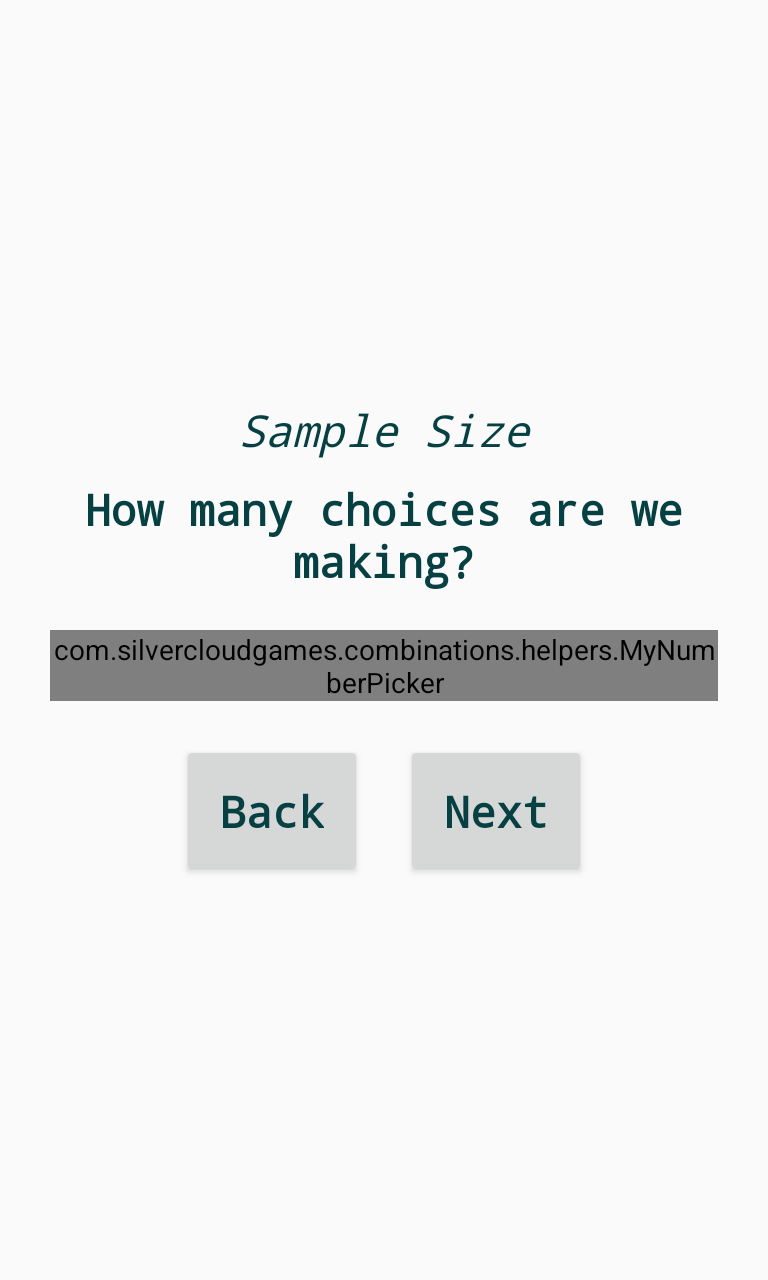
Repository: rontejada1991/Combinations-and-Permutations-Android-App
Layout: combinations/res/layout/activity_choice_size.xml
An editor plug-in stored every save of this project. The layout is shown before and after the next save, followed by the edit.
Pictures or frames that could not be fetched are drawn as grey boxes. It is drawn on a 768 x 1280 px phone screen (xhdpi) without system bars, with theme AppTheme; the app's code is not run.

Above is the layout before, as saved 2014-11-07 21:03:24.

### combinations/res/layout/activity_choice_size.xml
<LinearLayout xmlns:android="http://schemas.android.com/apk/res/android"
    xmlns:tools="http://schemas.android.com/tools"
    android:layout_width="match_parent"
    android:layout_height="match_parent"
	android:orientation="vertical"
	android:gravity="center"
	android:padding="25dp"
    tools:context="com.silvercloudgames.combinations.ChoiceSizeActivity" >

	<TextView
	    android:id="@+id/tv_title"
        style="@style/CodeFont.Italic"
        android:layout_width="fill_parent"
        android:text="Sample Size"
        android:layout_marginBottom="10dp" />

	<TextView
	    android:id="@+id/tv_sub"
        style="@style/CodeFont"
        android:layout_width="fill_parent"
        android:text="How many choices are we making?"
        android:layout_marginBottom="20dp" />

	<com.silvercloudgames.combinations.helpers.MyNumberPicker
	    style="@style/CodeFont"
	    android:id="@+id/np_choice_size"
	    android:layout_width="fill_parent"
	    android:layout_marginBottom="20dp" />

	<LinearLayout
	    android:layout_width="wrap_content"
	    android:layout_height="wrap_content"
	    android:orientation="horizontal"
	    android:gravity="center">

	    <Button
	        android:id="@+id/b_back"
	        style="@style/CodeFont"
	        android:text="Back"
	        android:padding="20dp"
	        android:layout_marginRight="10dp"
	        android:onClick="onBackPressed" />

	   	<Button
	   	    android:id="@+id/b_next"
	        style="@style/CodeFont"
	        android:text="Next"
	        android:padding="20dp"
	        android:layout_marginLeft="10dp"
	        android:onClick="onNextPressed" />

	</LinearLayout>

</LinearLayout>

### combinations/res/values/code_font.xml
<?xml version="1.0" encoding="utf-8"?>
<resources xmlns:android="http://schemas.android.com/apk/res/android">

    <style name="CodeFont">
        <item name="android:layout_width">wrap_content</item>
        <item name="android:layout_height">wrap_content</item>
        <item name="android:textColor">#064042</item>
        <item name="android:textStyle">bold</item>
        <item name="android:typeface">monospace</item>
        <item name="android:gravity">center</item>
        <item name="android:textAppearance">@android:style/TextAppearance.Large</item>
    </style>

    <style name="CodeFont.Med">
        <item name="android:textAppearance">@android:style/TextAppearance.Medium</item>
    </style>

    <style name="CodeFont.Italic">
        <item name="android:textStyle">italic</item>
    </style>

</resources>

Loaded but not shown: combinations/res/values/styles.xml (common file); combinations/res/values-v11/styles.xml (common file); combinations/res/values-v14/styles.xml (common file)

After the next save:
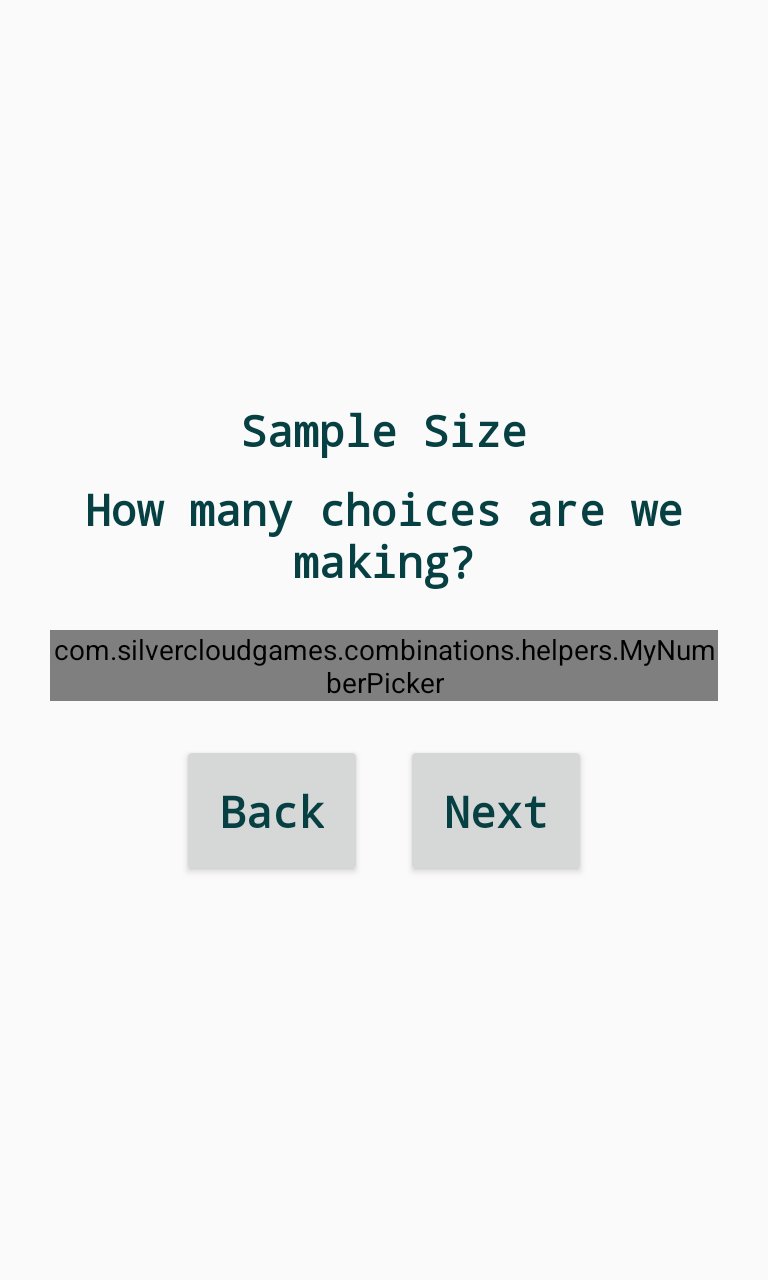
Saved 104 s later.
--- a/combinations/res/layout/activity_choice_size.xml
+++ b/combinations/res/layout/activity_choice_size.xml
@@ -9,7 +9,7 @@
 
 	<TextView
 	    android:id="@+id/tv_title"
-        style="@style/CodeFont.Italic"
+        style="@style/CodeFont"
         android:layout_width="fill_parent"
         android:text="Sample Size"
         android:layout_marginBottom="10dp" />
